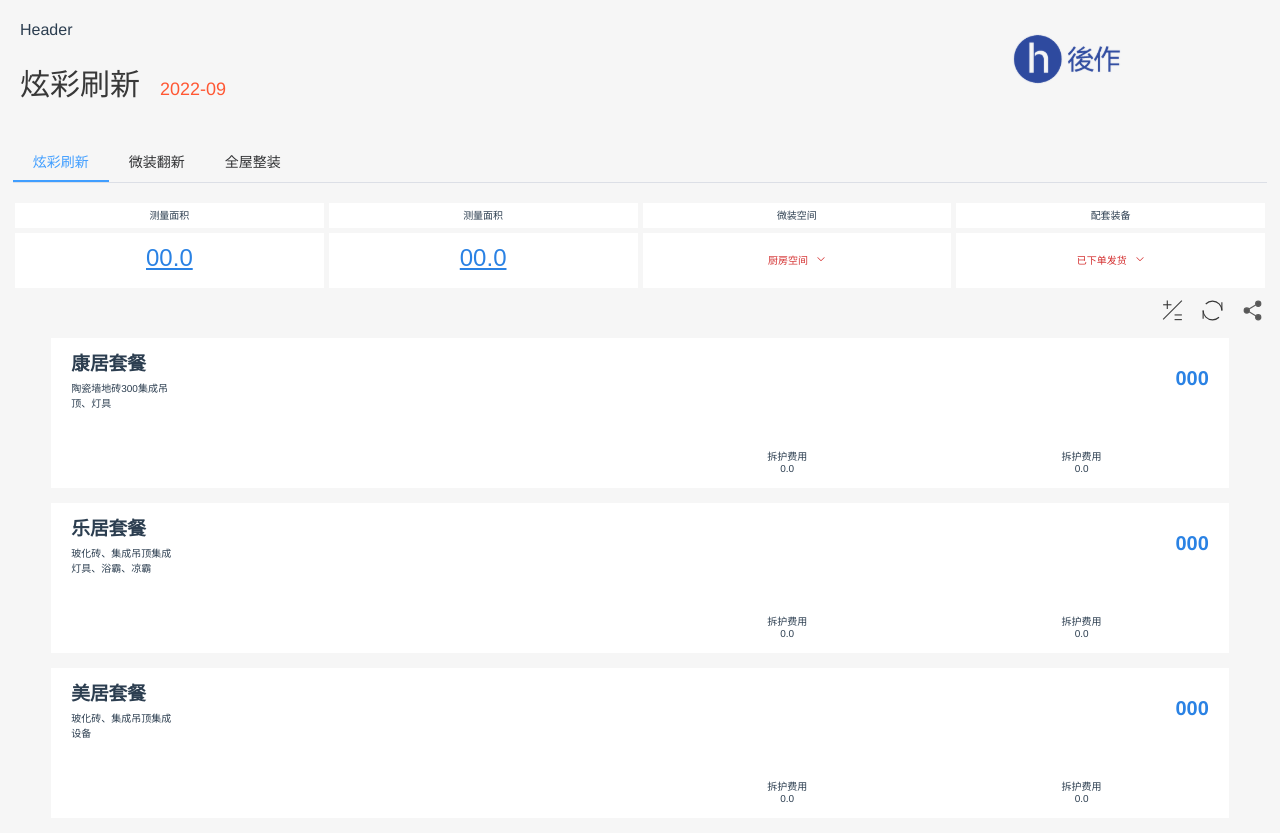
Repository: yezhonghu0503/houzuo
Page: /interiorDecoration
An editor plug-in stored every save of this project. The page is shown before and after the next save, followed by the edit.
The browser window is 1280 px wide. The pictures show the whole page.
The project was rebuilt for these pictures with package versions that can differ from the ones it lists, and the page was loaded fresh each time. Also part of the build but not shown: vite.config.ts.

Above is the page before, as saved 2022-10-08 14:49:36.

After the next save:
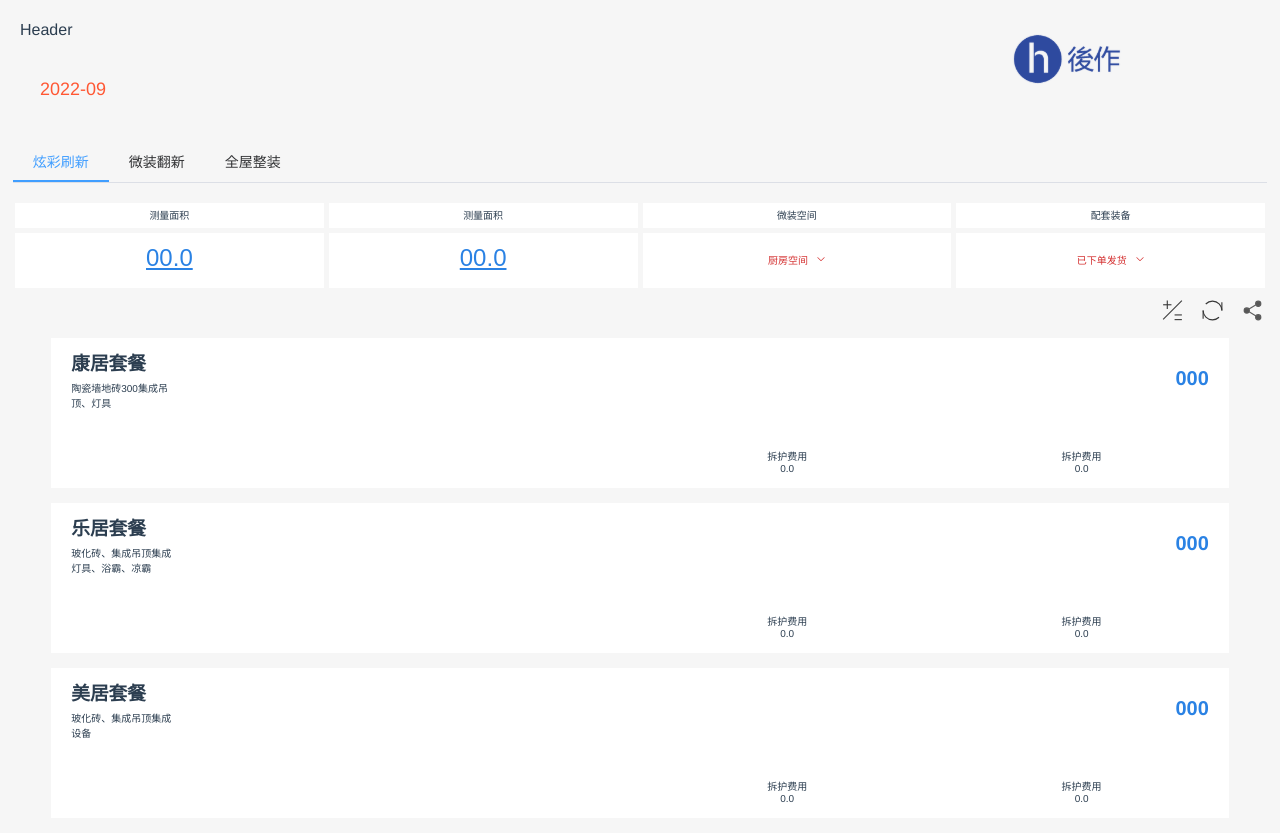
Saved 30 s later.
--- a/src/view/interiorDecoration/index.vue
+++ b/src/view/interiorDecoration/index.vue
@@ -33,6 +33,7 @@
       menuList,
       activeIndex,
       handleSelect,
+      titlename
     };
   },
 };
@@ -46,7 +47,7 @@
           <el-header>Header</el-header>
           <el-footer
             ><h1>
-              炫彩刷新<font class="timeshow">{{ timenow }}</font>
+              {{titlename}}<font class="timeshow">{{ timenow }}</font>
             </h1>
           </el-footer>
         </el-container>

After the save that followed:
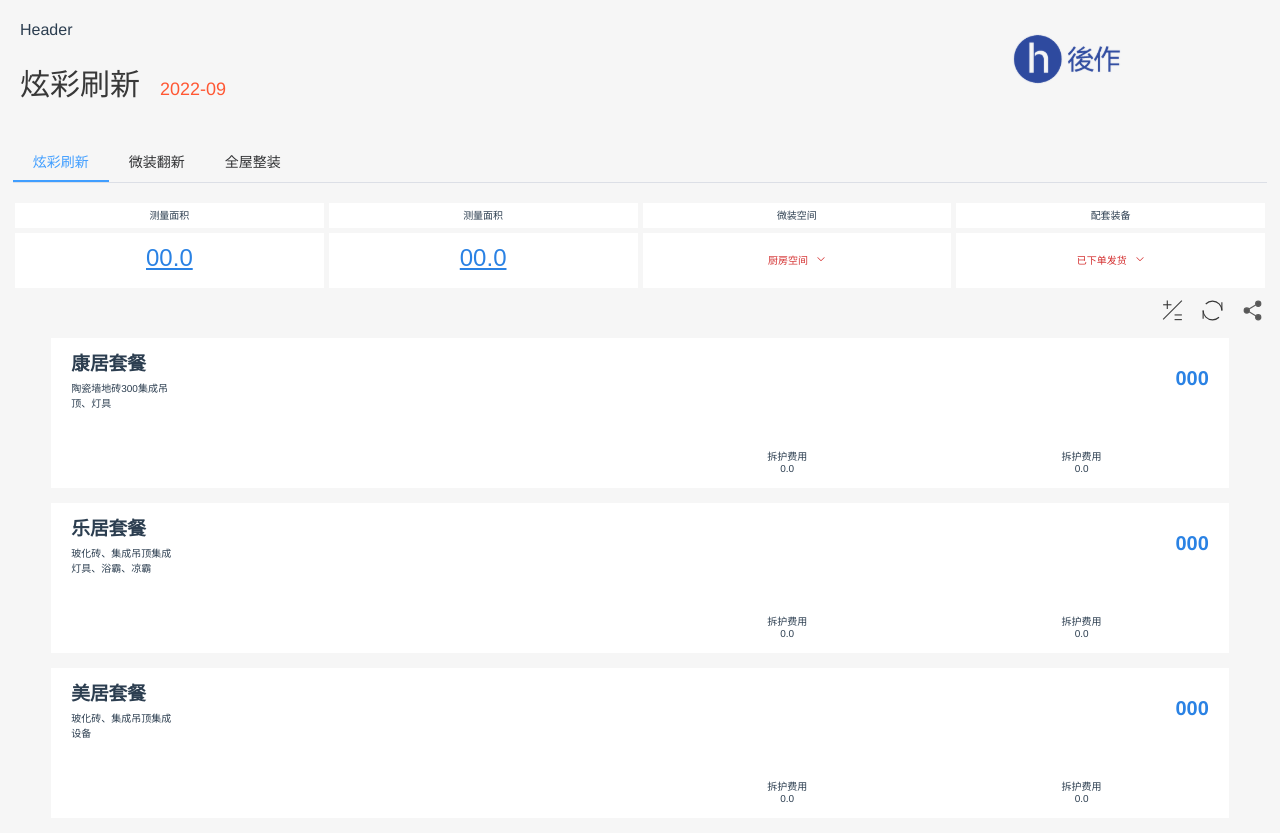
Saved 22 s later.
--- a/src/view/interiorDecoration/index.vue
+++ b/src/view/interiorDecoration/index.vue
@@ -9,7 +9,7 @@
 import Renovate from "./renovate.vue";
 
 //初始化变量
-let titlename = ref("")
+let titlename = ref("炫彩刷新")
 
 //菜单
 const menuList: string[] = ["炫彩刷新", "微装翻新", "全屋整装"];
